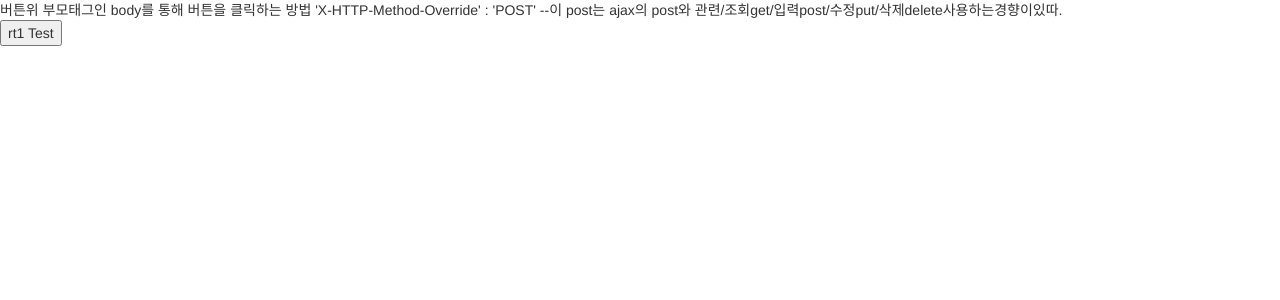
Repository: sanghshlsh/spring_metadata
Page: http://localhost/World3/WEB-INF/views/rt1.jsp
The author's editor kept a copy of each file at every save. The page is drawn from the files as they stood at one save, then again after the next save.
The browser window is 1280 px wide. The pictures show the whole page.
The page is served by Tomcat 9. Nobody is signed in. Other server files are loaded and not shown. The template is opened directly, without the code that normally fills it, so the values that code supplies are empty.

Above is the page before, as saved 2020-07-02 05:49:54.
Console error: SyntaxError: Unexpected token ';'

### World3/src/main/webapp/WEB-INF/views/rt1.jsp
<%@ page language="java" contentType="text/html; charset=UTF-8"
	pageEncoding="UTF-8"%>

<%@ taglib uri="http://java.sun.com/jsp/jstl/core" prefix="c"%>
<%@ taglib uri="http://java.sun.com/jsp/jstl/fmt" prefix="fmt"%>
<%@ taglib uri="http://java.sun.com/jsp/jstl/functions" prefix="fn"%>

<!DOCTYPE html>
<html>
<head>
<meta charset="utf-8">
<meta name="viewport" content="width=device-width, initial-scale=1">
<link rel="stylesheet"
	href="https://maxcdn.bootstrapcdn.com/bootstrap/3.4.1/css/bootstrap.min.css">
<script
	src="https://ajax.googleapis.com/ajax/libs/jquery/3.5.1/jquery.min.js"></script>
<script
	src="https://maxcdn.bootstrapcdn.com/bootstrap/3.4.1/js/bootstrap.min.js"></script>

<title>Insert title here</title>
</head>
<body>
	버튼위 부모태그인 body를 통해 버튼을 클릭하는 방법
	'X-HTTP-Method-Override' : 'POST' --이 post는 ajax의 post와 관련/조회get/입력post/수정put/삭제delete사용하는경향이있따.
	<br>
	<button>rt1 Test</button>
	<p></p>

	<script type="text/javascript">
		$(document).ready(function() {
			$("body").on("click", "button", function() {
				var test1 = "hello";

				$.ajax({
					type : 'post',
					url : 'rt1',
					headers : {
						'Content-Type' : 'application/json',
						'X-HTTP-Method-Override' : 'POST'
						},
					dataType : 'text',
					data : JSON.stringify({
					test1 : test1;
						}),


				});
			});
		});
	</script>

</body>
</html>

After the next save:
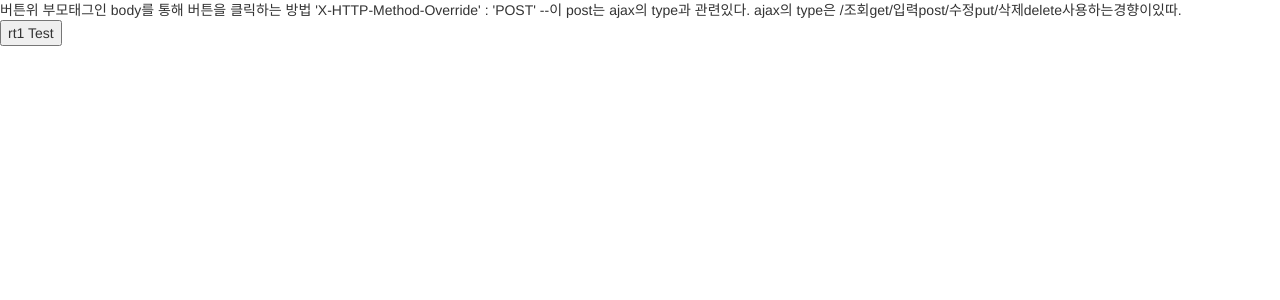
Saved 62 s later.
--- a/World3/src/main/webapp/WEB-INF/views/rt1.jsp
+++ b/World3/src/main/webapp/WEB-INF/views/rt1.jsp
@@ -21,7 +21,8 @@
 </head>
 <body>
 	버튼위 부모태그인 body를 통해 버튼을 클릭하는 방법
-	'X-HTTP-Method-Override' : 'POST' --이 post는 ajax의 post와 관련/조회get/입력post/수정put/삭제delete사용하는경향이있따.
+	'X-HTTP-Method-Override' : 'POST' --이 post는 ajax의 type과 관련있다.
+	ajax의 type은 /조회get/입력post/수정put/삭제delete사용하는경향이있따.
 	<br>
 	<button>rt1 Test</button>
 	<p></p>
@@ -42,6 +43,9 @@
 					data : JSON.stringify({
 					test1 : test1;
 						}),
+					success : function(result){
+						console.log(result);
+						}
 
 
 				});
